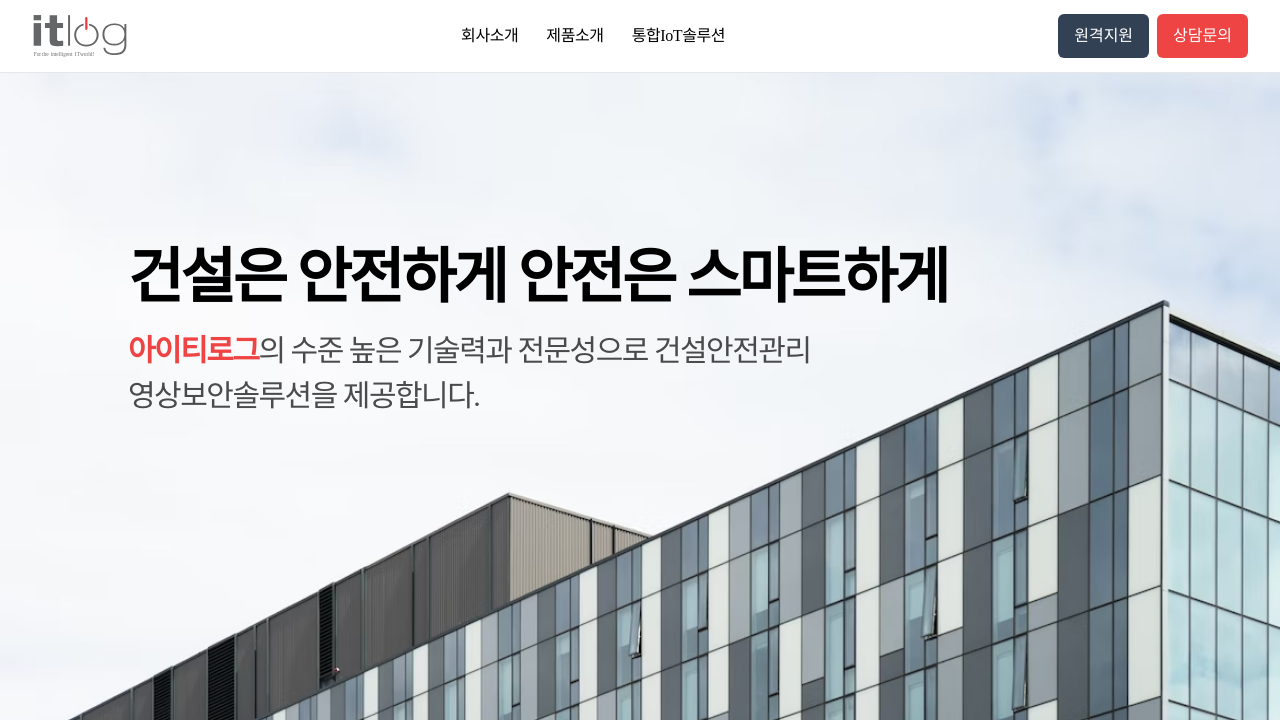
Repository: kwngmin/itlog_homepage
Page: /
An editor plug-in stored every save of this project. The page is shown before and after the next save, followed by the edit.
The browser window is 1280 px wide. The pictures show the whole page.
An inner scrolling area shows only its first screen. The project was rebuilt for these pictures with package versions that can differ from the ones it lists, and the page was loaded fresh each time. The framework's server and built-in components were replaced by stand-ins that run in the browser. Also part of the build but not shown: next.config.js.

Above is the page before, as saved 2023-07-14 22:38:37.

After the next save:
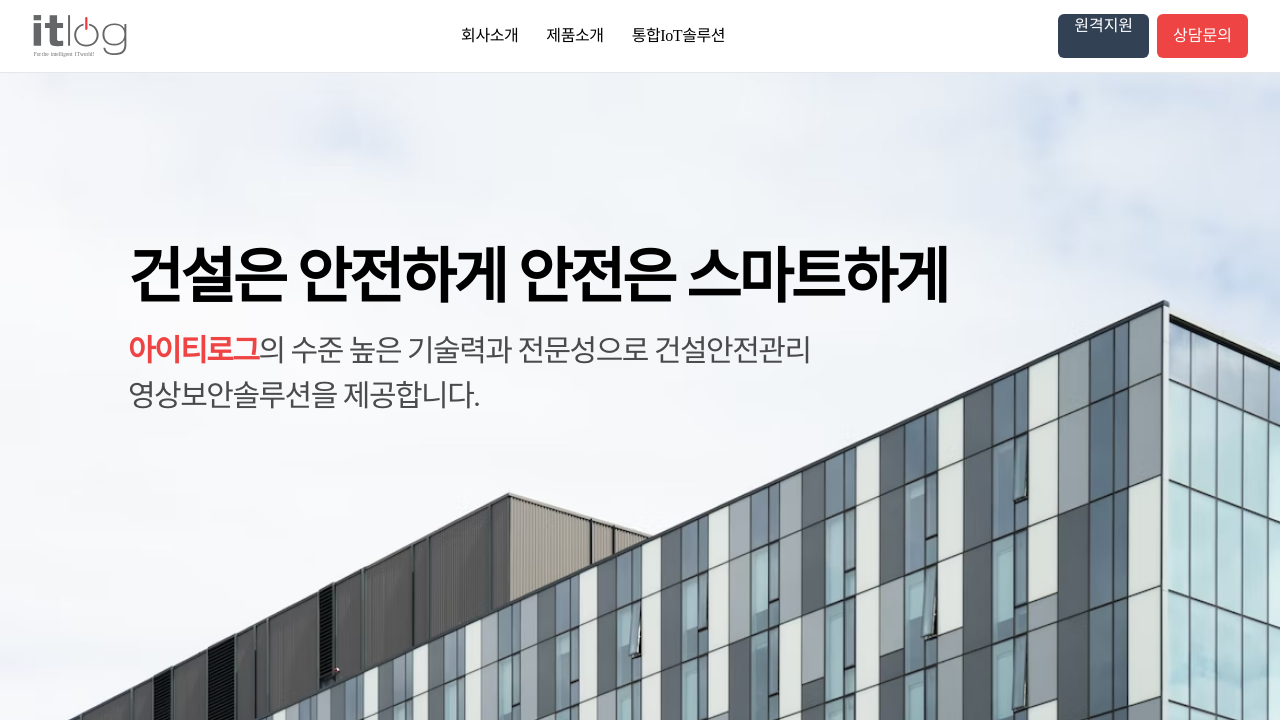
Saved 2 min 43 s later.
--- a/src/components/Header.tsx
+++ b/src/components/Header.tsx
@@ -32,7 +32,7 @@
         </ul>
         <div>
           <div className="flex gap-2">
-            <button className="h-[44px] px-4 rounded-md text-white bg-slate-700 md:hover:bg-slate-600">
+            <button className="hidden lg:flex h-[44px] px-4 rounded-md text-white bg-slate-700 md:hover:bg-slate-600">
               원격지원
             </button>
             <button className="bg-red-500 hover:bg-red-600 h-[44px] px-4 text-white rounded-md">

After the save that followed:
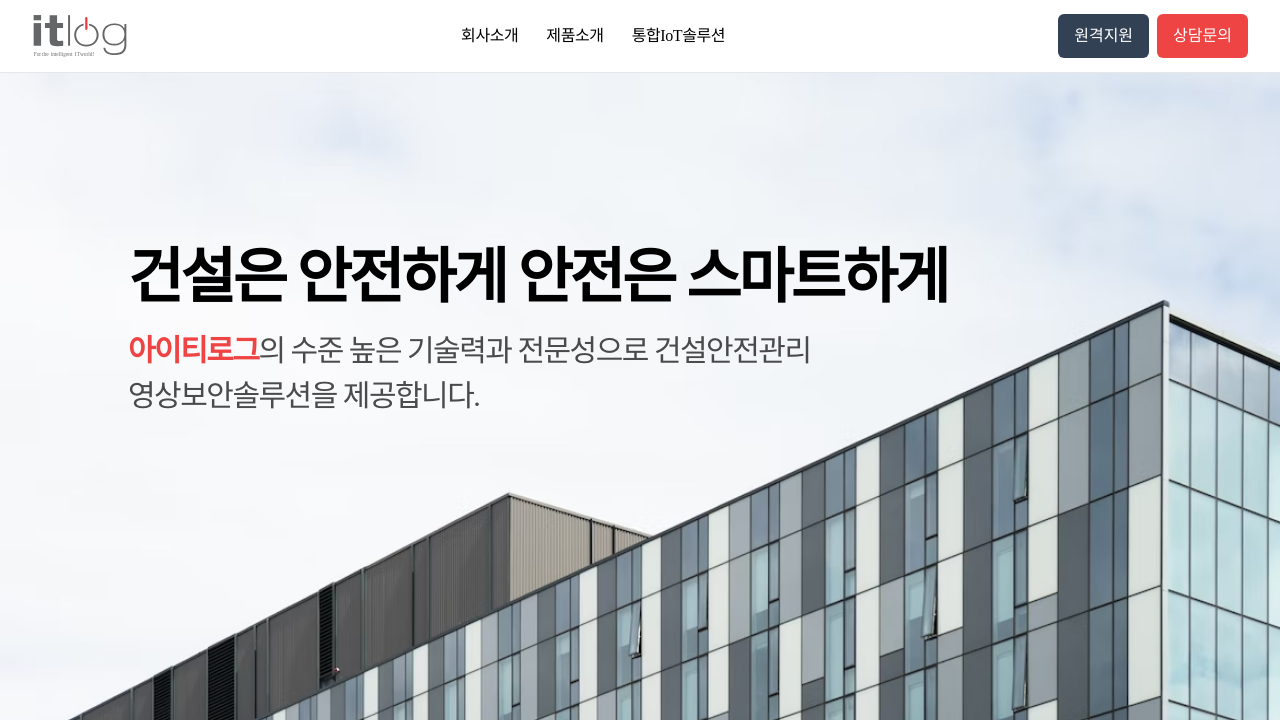
Saved 18 s later.
--- a/src/components/Header.tsx
+++ b/src/components/Header.tsx
@@ -32,7 +32,7 @@
         </ul>
         <div>
           <div className="flex gap-2">
-            <button className="hidden lg:flex h-[44px] px-4 rounded-md text-white bg-slate-700 md:hover:bg-slate-600">
+            <button className="hidden lg:block h-[44px] px-4 rounded-md text-white bg-slate-700 md:hover:bg-slate-600">
               원격지원
             </button>
             <button className="bg-red-500 hover:bg-red-600 h-[44px] px-4 text-white rounded-md">
